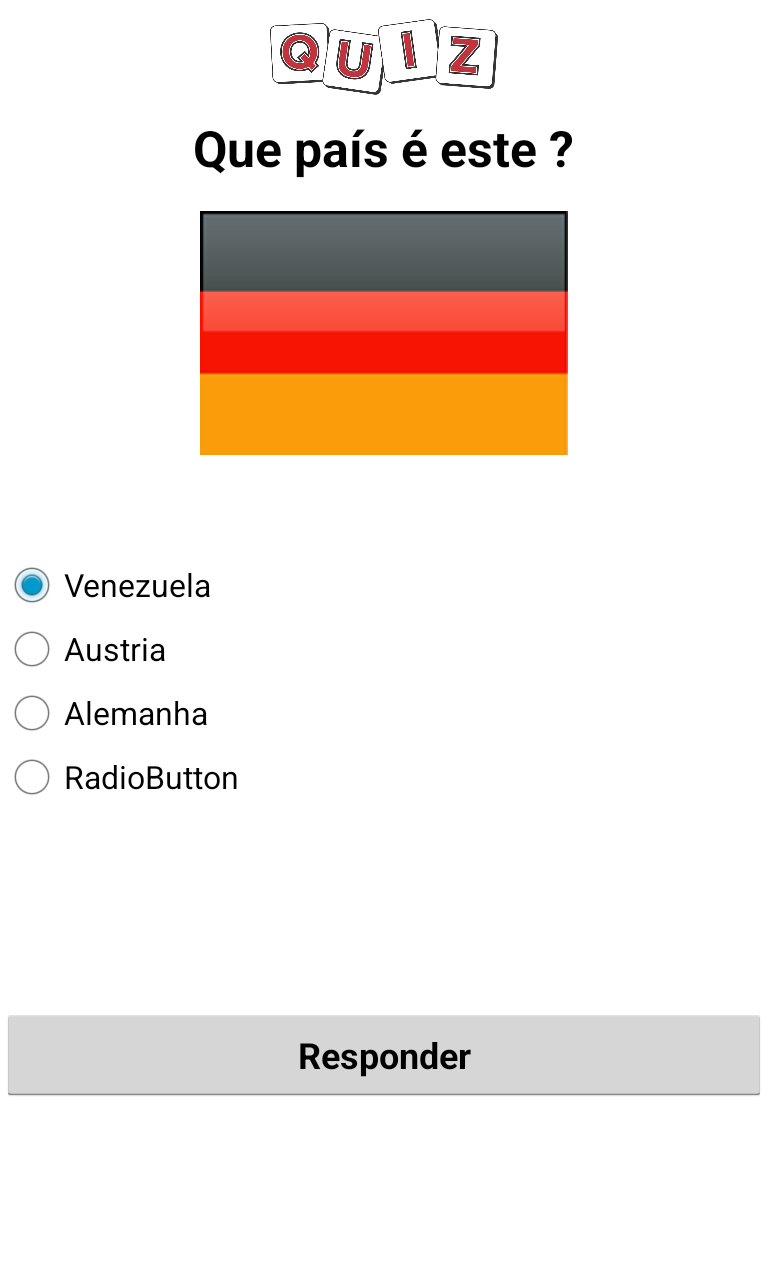
Repository: Rennanxp2/AndroidQuiz
Layout: Quiz Bandeiras Android/Quiz/res/layout/activity_quiz1.xml
These files come from the project's save history. The layout is drawn as it stood at one moment and after the next save; the edit follows.
It is drawn on a 768 x 1280 px phone screen (xhdpi) without system bars, with theme AppTheme; the app's code is not run.

Above is the layout before, as saved 2017-10-22 03:13:50.

After the next save:
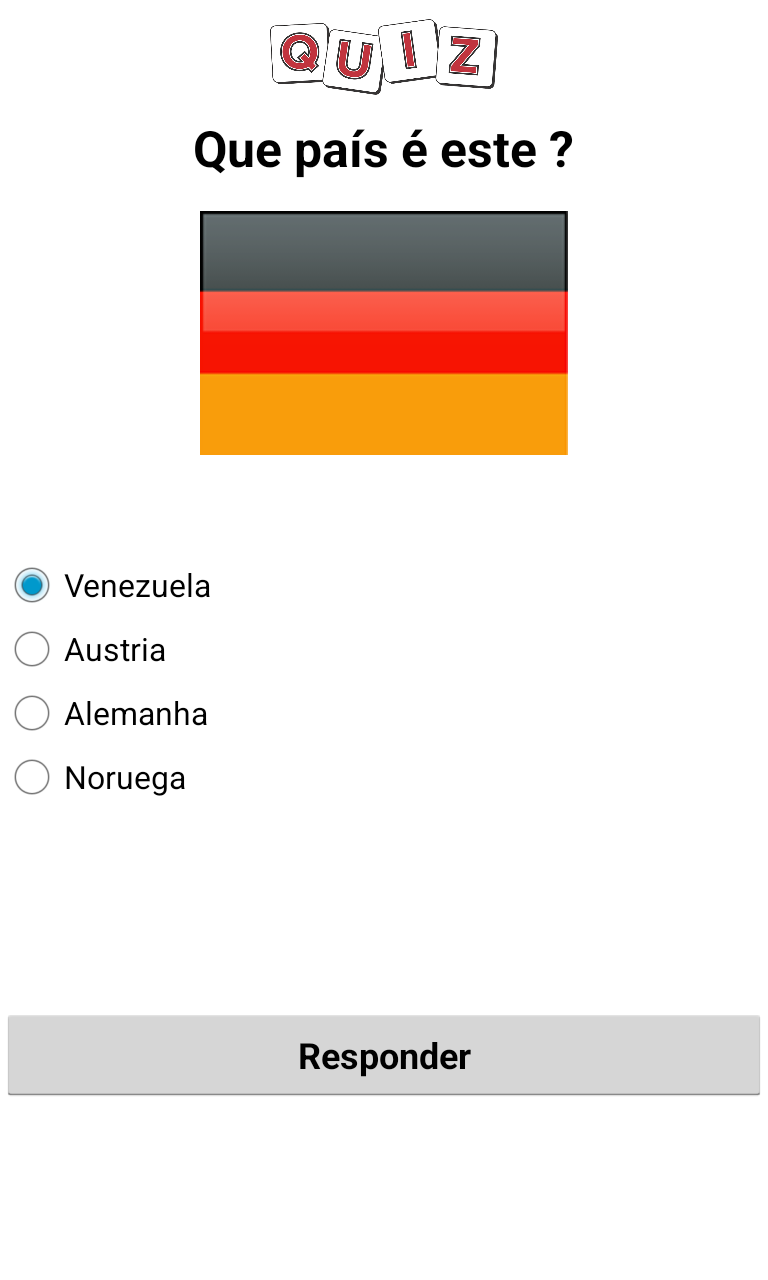
Saved 30 s later.
--- a/Quiz Bandeiras Android/Quiz/res/layout/activity_quiz1.xml
+++ b/Quiz Bandeiras Android/Quiz/res/layout/activity_quiz1.xml
@@ -87,7 +87,7 @@
                 android:id="@+id/rbResposta4"
                 android:layout_width="wrap_content"
                 android:layout_height="wrap_content"
-                android:text="RadioButton" />
+                android:text="Noruega" />
         </RadioGroup>
 
     </RelativeLayout>
